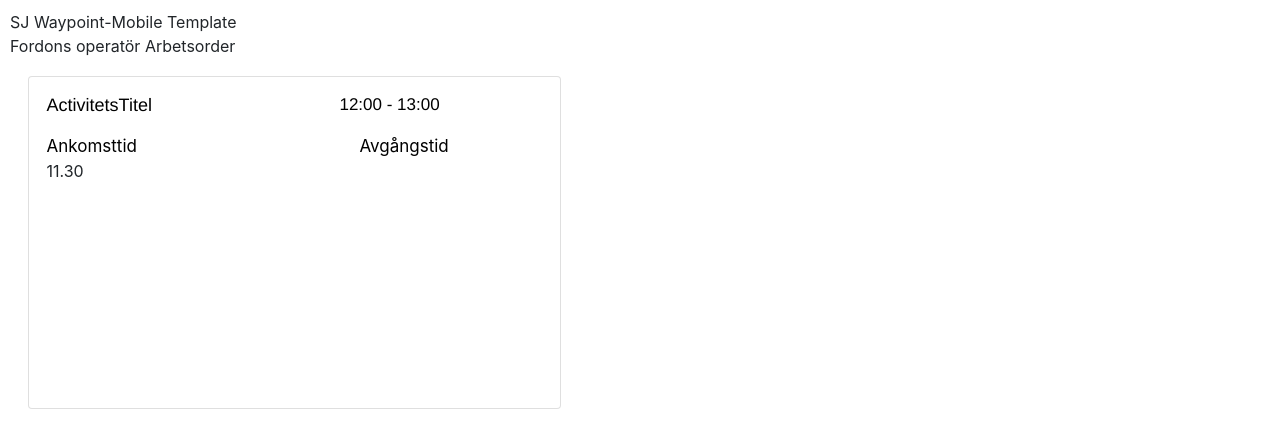
Repository: AdrianaLarsson/yarn-next-typescript
Page: /
The author's editor kept a copy of each file at every save. The page is drawn from the files as they stood at one save, then again after the next save.
The browser window is 1280 px wide. The pictures show the whole page.
The project was rebuilt for these pictures with package versions that can differ from the ones it lists, and the page was loaded fresh each time. The framework's server and built-in components were replaced by stand-ins that run in the browser.

Above is the page before, as saved 2021-03-01 08:31:14.

### pages/_app.tsx
// Functionality
import type { AppProps } from 'next/app';
import Head from 'next/head';

// Styling
import 'bootstrap/dist/css/bootstrap.min.css';
import GlobalStyle from '../styles/Globals';
import { sjTheme } from '../styles/Theme';
import { ThemeProvider } from 'styled-components';

// Utils
import GlobalContext from '../components/particles/GlobalContext';

function MyApp({ Component, pageProps }: AppProps): JSX.Element {
  return (
    <>
      <Head>
        <title>SJ Template uhdiuasuasuash</title>
        <meta
          name="viewport"
          content="initial-scale=1.0, width=device-width"
          key="viewport"
        />
        <link rel="favicon" href="/favicon.ico" />
      </Head>
      <GlobalStyle />
      <ThemeProvider theme={sjTheme}>
        <GlobalContext.Provider value={'Context test value'}>
          <Component {...pageProps} />
        </GlobalContext.Provider>
      </ThemeProvider>
    </>
  );
}

export default MyApp;

### pages/index.tsx
// Functionality
import { GetServerSideProps, GetServerSidePropsContext } from 'next';
import VehicleOpreator from '../components/WorkOrderVehicleOperator/vehicleopreator';
import GlobalStyle from '../styles/Globals'
interface serverSideProps {
  dummyPropsValue: string;
}

const Index = (props: serverSideProps): JSX.Element => {
  return (
    <div>
      <main>
        <div>SJ Waypoint-Mobile Template</div>
        <VehicleOpreator/>
        <div>
        </div>
      </main>
    </div>
  );
};

export const getServerSideProps: GetServerSideProps = async (
  context: GetServerSidePropsContext
) => {
  return {
    props: {
      dummyPropsValue: context.resolvedUrl
    }
  };
};

export default Index;

### styles/Globals.ts
import { createGlobalStyle } from 'styled-components';

export default createGlobalStyle`
    body,
    container {
      padding: 10px;
      display: center;
      flex-direction: column;
      align-items: center;
    },
    html {
        padding: 0;
        margin: 0;
        font-family: "-apple-system", "BlinkMacSystemFont", "Segoe UI", "Roboto",
            "Oxygen", "Ubuntu", "Cantarell", "Fira Sans", "Droid Sans", "Helvetica Neue",
            "sans-serif";
        height: 1px;
        margin: auto;
    }
    a {
        color: inherit;
        text-decoration: none;
    }
    * {
        -webkit-box-sizing: border-box;
        box-sizing: border-box;
    }
`;

### styles/Theme.ts
import { DefaultTheme } from 'styled-components';

const sjTheme: DefaultTheme = {
  colors: {
    main: 'black',
    secondary: 'gray'
  }
};

export { sjTheme };

### components/particles/GlobalContext.tsx
import { createContext } from 'react';

const GlobalContext = createContext(null);

export default GlobalContext;

### components/WorkOrderVehicleOperator/vehicleopreator.tsx
import React from "react";
import styled from "styled-components";
import { B4,H2 } from "../../styles/Typography/texStyles";
import StyledCard from "../organisms/Card/Card";

export const GridTitle = styled.div`
  display: grid;
  grid-template-columns: repeat(2, 1fr);
  grid-gap: 90px;

`;
export const GridBody = styled.div`
  display: grid;
  grid-template-columns: repeat(2, 1fr);
  grid-gap: 130px;
`;

function vehicleOpreator() {
  return (
    <div>
      Fordons operatör Arbetsorder
      <StyledCard>
        <GridTitle>
          <B4>ActivitetsTitel</B4>
          <B4 style={{ fontSize: "17px" }}>12:00 - 13:00</B4>
        </GridTitle>
        <GridBody>
        <H2>Ankomsttid</H2>
        <H2>Avgångstid</H2>
        </GridBody>
        11.30
      </StyledCard>


    </div>
  );
}

export default vehicleOpreator;

### styles/Typography/texStyles.tsx
import styled,{ css} from 'styled-components'

const baseStyle = css`
  font-family: sj_sans, Helvetica, Arial, sans-serif;
  font-style: normal;
  font-stretch: normal;
  line-height: normal;
  letter-spacing: normal;
  font-weight: normal;
  text-align: left;
  opacity: ${props => (1)};
`;

 export const B4 = styled.h4`
  ${baseStyle}
  color: black;
  font-size: 18px;
`;
export const H2 = styled.span`
  color: black;
  margin-top: 10px;
  font-size: 17px;
`;

### components/organisms/Card/Card.tsx
//Components
import Card from 'react-bootstrap/Card';
//Packages
import styled from 'styled-components/'
import px2vw from '../../../styles/px2vw';

const StyledCard = styled(Card)`
display: flex;
width: ${px2vw(300, 320)};
min-height: ${px2vw(200, 320)};
flex-direction: column;
padding: ${px2vw(20)};
margin: ${px2vw(20)};
background-color: ${props => props.bgColor};
height: 100%;

@media (min-width: 768px) {
  width: ${px2vw(320, 768)};
  min-height: ${px2vw(200, 768)};
  height: 100%;
`;
export default StyledCard;

Loaded but not shown: styles/px2vw.tsx (common file)

After the next save:
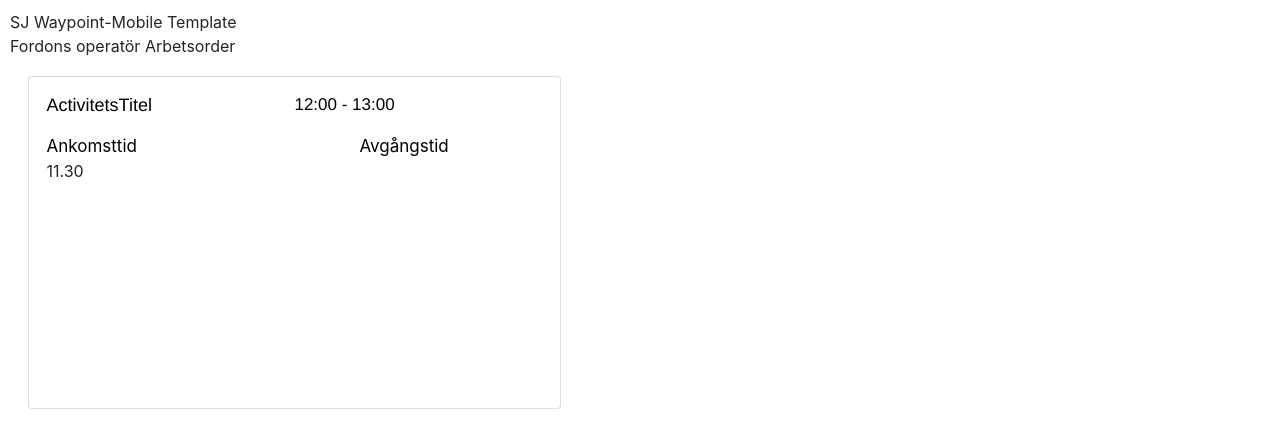
Saved 41 s later.
--- a/components/WorkOrderVehicleOperator/vehicleopreator.tsx
+++ b/components/WorkOrderVehicleOperator/vehicleopreator.tsx
@@ -6,7 +6,7 @@ import StyledCard from "../organisms/Card/Card";
 export const GridTitle = styled.div`
   display: grid;
   grid-template-columns: repeat(2, 1fr);
-  grid-gap: 90px;
+  grid-gap: 0px;
 
 `;
 export const GridBody = styled.div`
